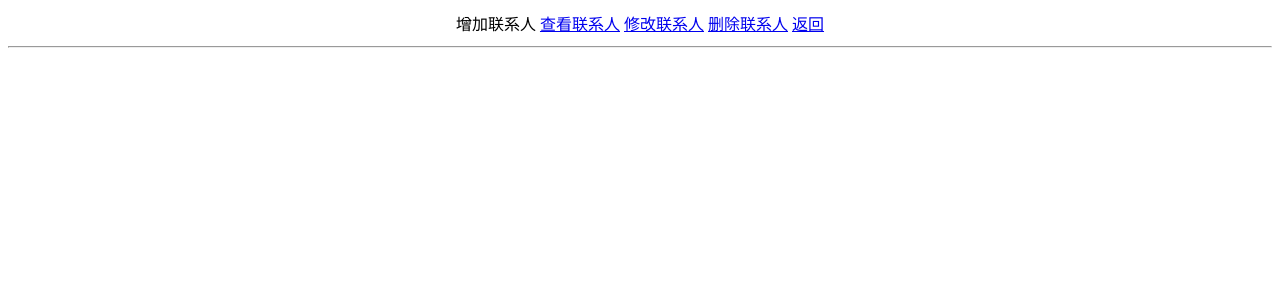
Repository: zy840055899/old-workspace
Page: http://localhost/PIMS/friendManager/addFriend.jsp
An editor plug-in stored every save of this project. The page is shown before and after the next save, followed by the edit.
The browser window is 1280 px wide. The pictures show the whole page.
The page is served by Tomcat 9.

Above is the page before, as saved 2014-03-13 11:43:45.

After the next save:
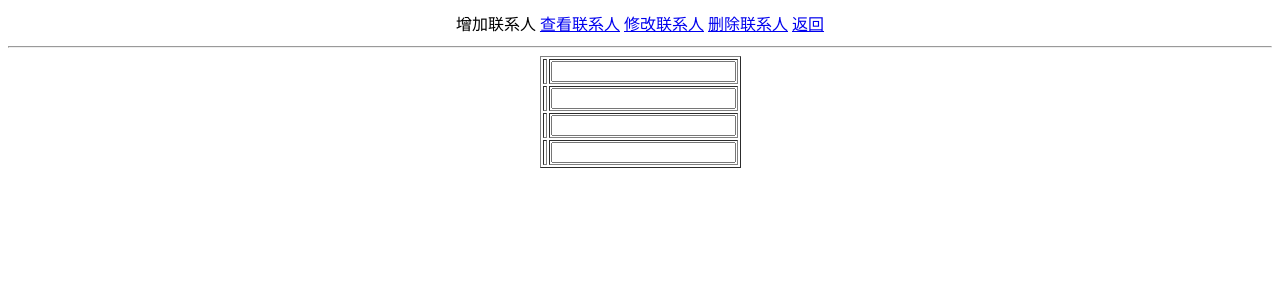
Saved 3 min 16 s later.
--- a/PIMS/WebContent/friendManager/addFriend.jsp
+++ b/PIMS/WebContent/friendManager/addFriend.jsp
@@ -21,6 +21,49 @@
 </tr>
 
 </table><hr>
+
+<form action="http://localhost:8080/PIMS/AddFriendServlet" method="post">
+
+<table border="1" >
+
+<tr>
+<td></td>
+<td><input type="text" name=""></td>
+</tr>
+
+<tr>
+<td></td>
+<td><input type="text" name=""></td>
+</tr>
+
+<tr>
+<td></td>
+<td><input type="text" name=""></td>
+</tr>
+
+<tr>
+<td></td>
+<td><input type="text" name=""></td>
+</tr>
+
+
+
+
+
+
+</table>
+
+
+
+
+
+
+
+
+
+
+
+</form>
 
 
 
